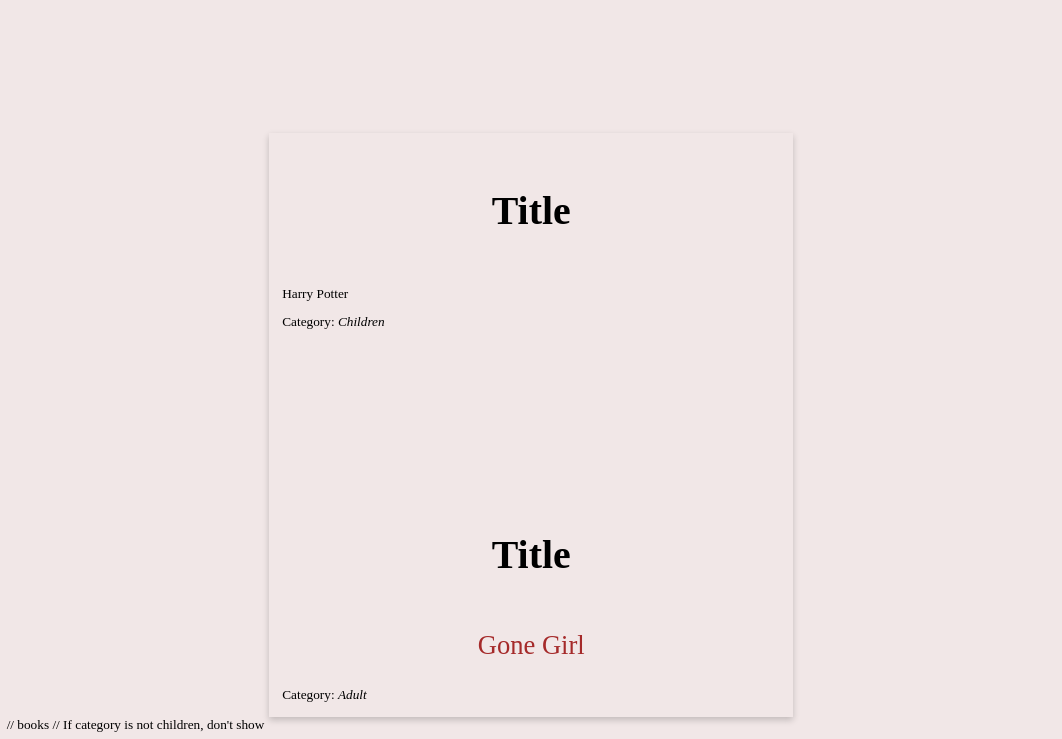
Repository: cyborgEneki/archangel-code-challenge
Page: index.html
The author's editor kept a copy of each file at every save. The page is drawn from the files as they stood at one save, then again after the next save.
The browser window is 1280 px wide. The pictures show the whole page, at 83% of full size.
The style sheet was rebuilt from its Sass, Less or Tailwind sources for each picture, by a compiler version that may differ from the author's.

Above is the page before, as saved 2020-11-05 14:08:25.

After the next save:
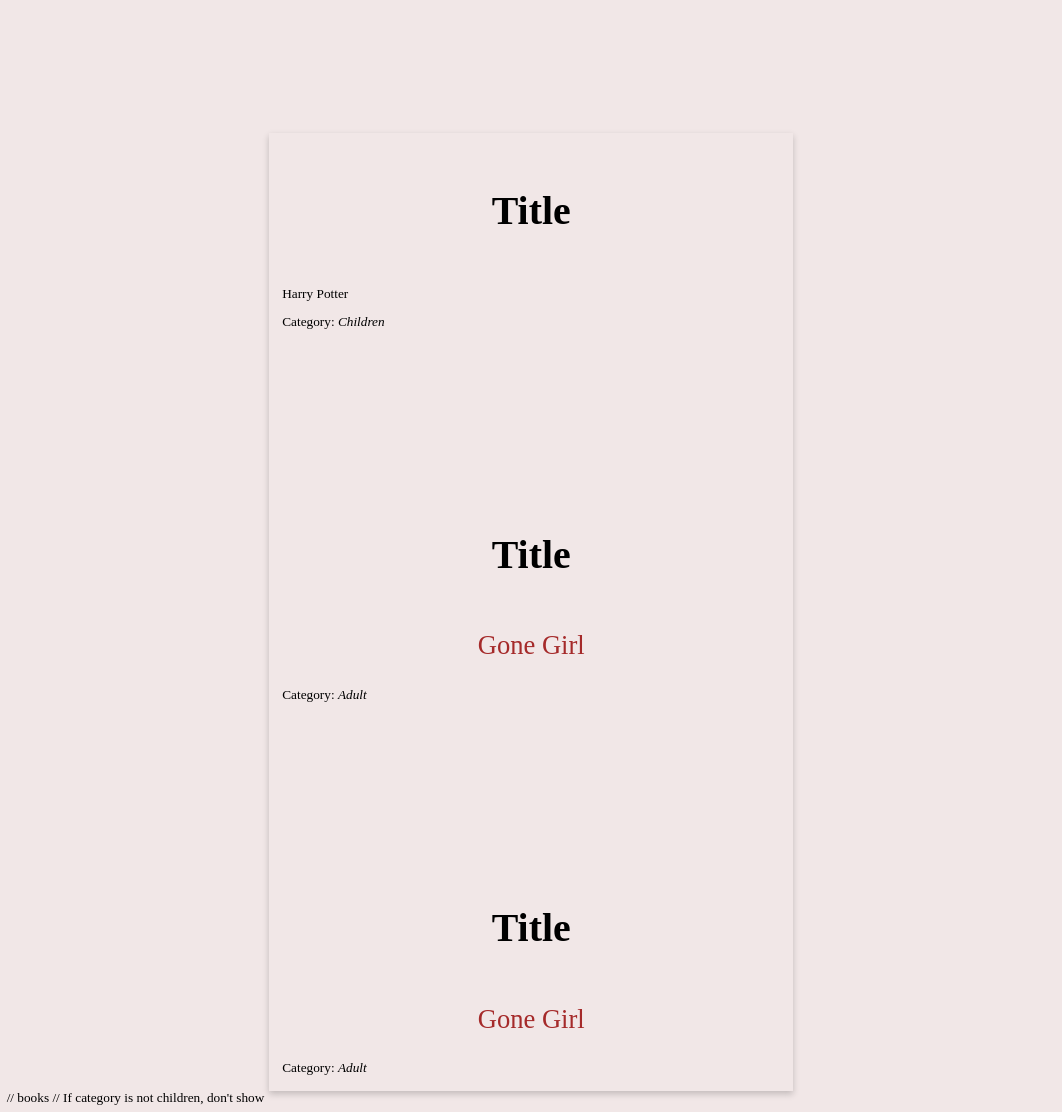
Saved 5 s later.
--- a/index.html
+++ b/index.html
@@ -21,6 +21,11 @@
                     <p class="card__text">Gone Girl</p>
                     <p class="card__category-text">Category: <i>Adult</i></p>
                 </div>
+                <div class="card__container">
+                    <h4 class="card__heading"><b>Title</b></h4>
+                    <p class="card__text">Gone Girl</p>
+                    <p class="card__category-text">Category: <i>Adult</i></p>
+                </div>
             </div>
     </script>
     <script src="assets/js/books.js"></script>
